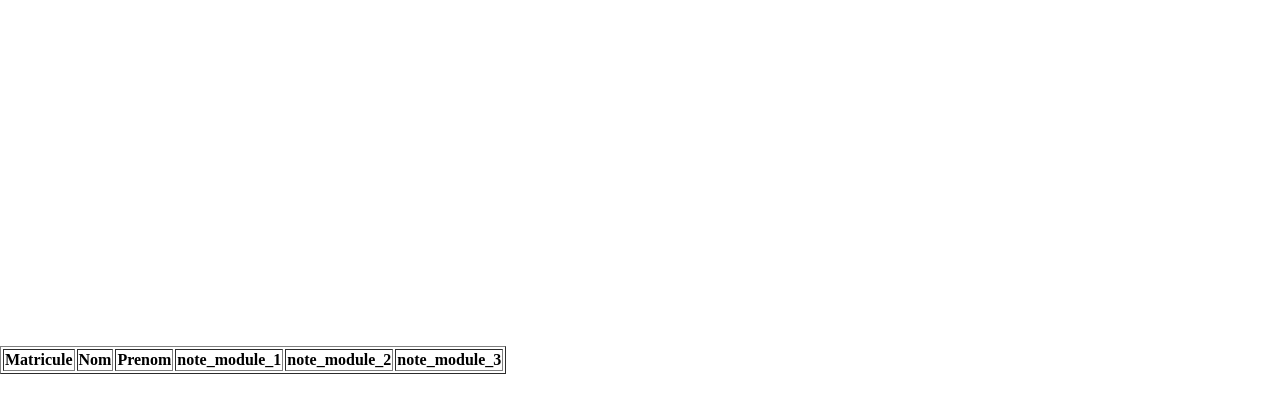
Repository: tt5300447/parakeet
Page: http://localhost/
The author's editor kept a copy of each file at every save. The page is drawn from the files as they stood at one save, then again after the next save.
The browser window is 1280 px wide. The pictures show the whole page.
The page is run by PHP 8.4 with error messages shown; the project is at /var/www/html/. Queries for data that is not in the repository find no rows.

Above is the page before, as saved 2022-06-19 15:49:06.

After the next save:
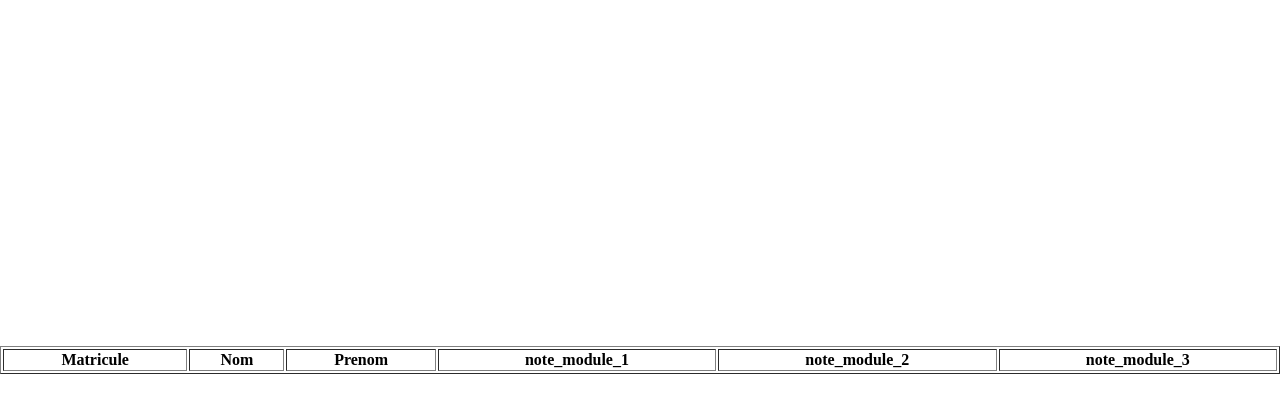
Saved 20 s later.
--- a/Copier/htdocs/Liste/style.css
+++ b/Copier/htdocs/Liste/style.css
@@ -12,3 +12,7 @@ body {
     text-align: center;
     vertical-align: middle;
 }
+
+table {
+    width: 100%;
+}
